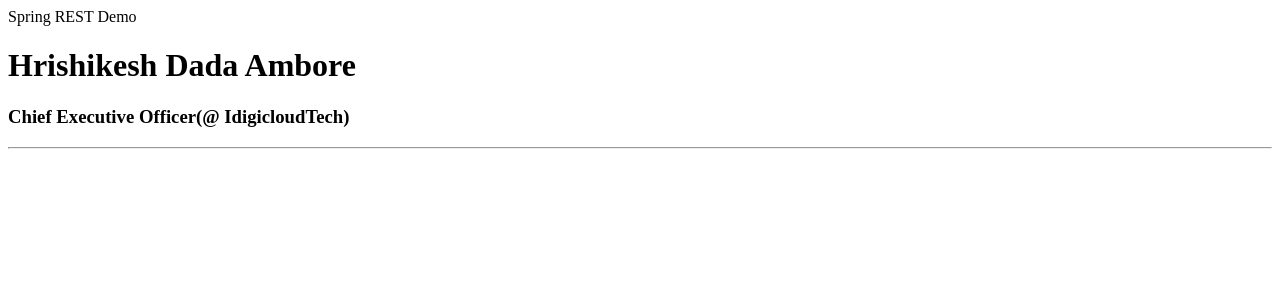
Repository: Iron3hide/MySpringProjects
Page: http://localhost/spring-rest-demo/
An editor plug-in stored every save of this project. The page is shown before and after the next save, followed by the edit.
The browser window is 1280 px wide. The pictures show the whole page.
The page is served by Tomcat 9. Other server files are loaded and not shown.

Above is the page before, as saved 2022-05-23 14:21:51.

### spring-rest-demo/src/main/webapp/index.jsp
<html>
<body>

Spring REST Demo
<div>
<h1>Hrishikesh Dada Ambore</h1>
<h3>Chief Executive Officer(@ IdigicloudTech)</h2>
</div>

<hr>

</body>

</html>

After the next save:
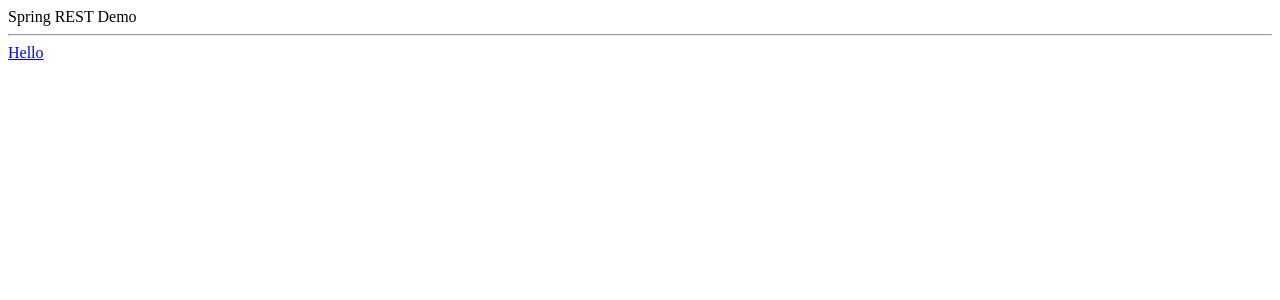
Saved 2 min 4 s later.
--- a/spring-rest-demo/src/main/webapp/index.jsp
+++ b/spring-rest-demo/src/main/webapp/index.jsp
@@ -2,12 +2,10 @@
 <body>
 
 Spring REST Demo
-<div>
-<h1>Hrishikesh Dada Ambore</h1>
-<h3>Chief Executive Officer(@ IdigicloudTech)</h2>
-</div>
 
 <hr>
+
+<a href="test/hello">Hello</a>
 
 </body>
 
